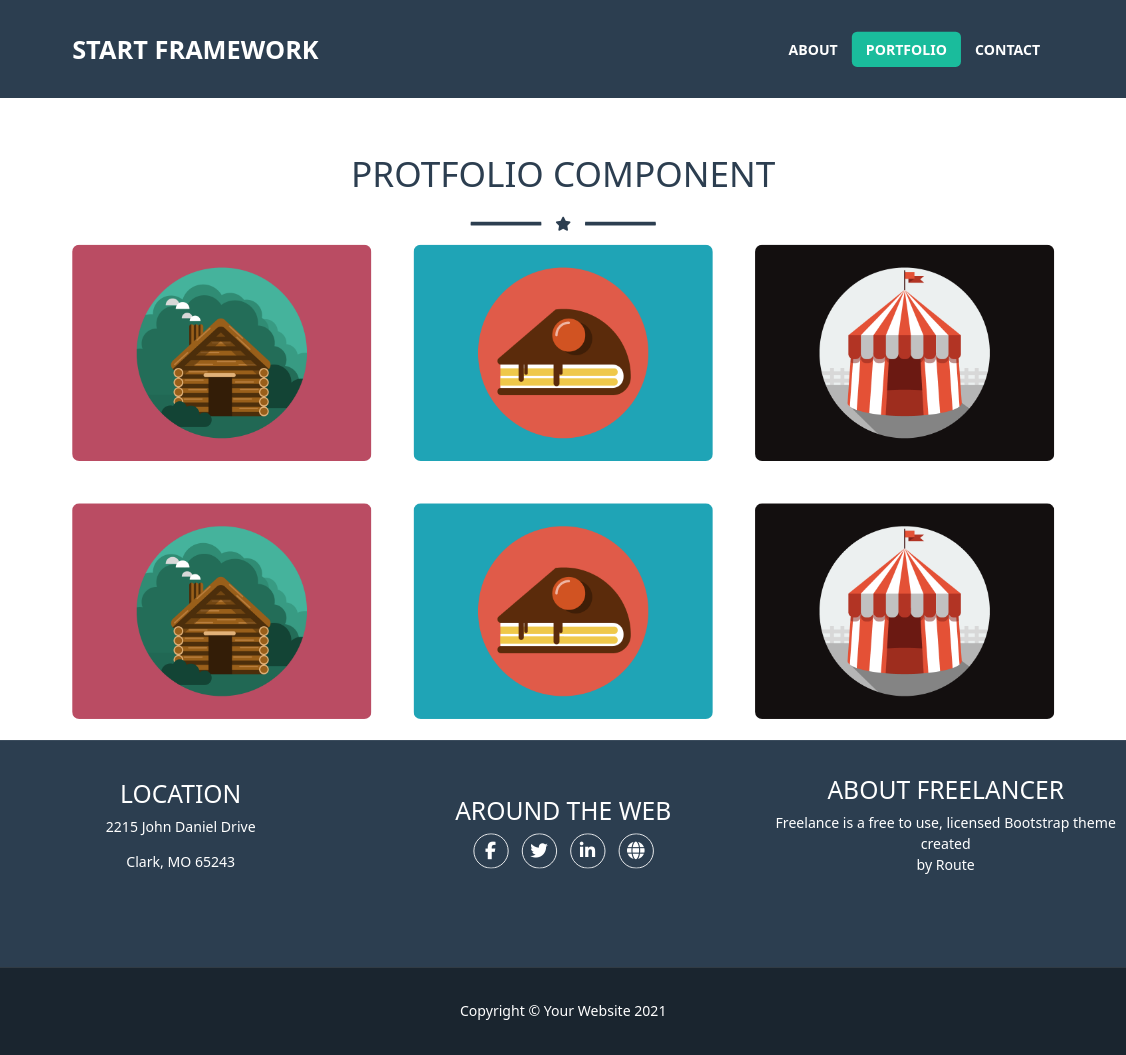
Repository: bodajava/jsx-1
Page: /portfolio
An editor plug-in stored every save of this project. The page is shown before and after the next save, followed by the edit.
The browser window is 1280 px wide. The pictures show the whole page, at 88% of full size.
The project was rebuilt for these pictures with package versions that can differ from the ones it lists, and the page was loaded fresh each time. Also part of the build but not shown: vite.config.js, src/components/About/About.jsx, src/components/contact/Contact.module.css, src/components/contact/Contact.jsx, src/components/Home/Home.jsx.

Above is the page before, as saved 2025-07-23 03:29:18.

After the next save:
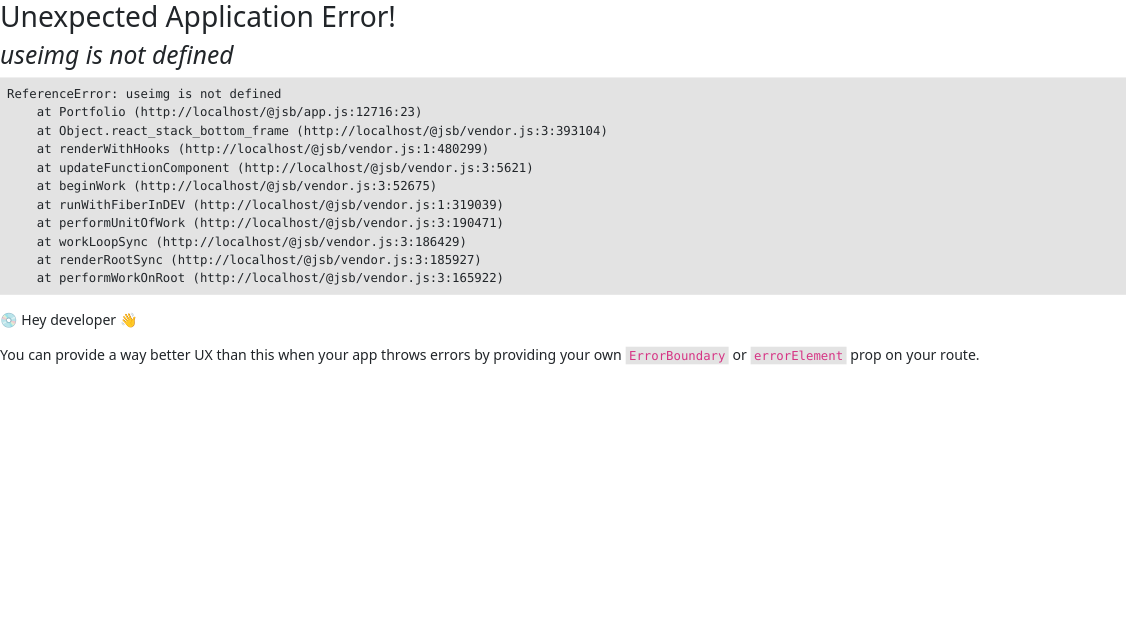
Saved 22 h 25 min later.
--- a/src/components/Portfolio/Portfolio.jsx
+++ b/src/components/Portfolio/Portfolio.jsx
@@ -5,10 +5,10 @@
 import avatar3 from "../../assets/port3.png";
 
 export default function Portfolio() {
-  const [useimg, setuseimg] = useState(null);
+  const [makimg, setmakimg] = useState(null);
 
   function useImgFunction(img) {
-    setuseimg(img);
+    setmakimg(img);
     document
       .querySelector(`.${style.ligthBoxContainer}`)
       .classList.remove("d-none");
@@ -16,7 +16,7 @@
   }
 
   function closeLightBox() {
-    setuseimg(null);
+    setmakimg(null);
     document
       .querySelector(`.${style.ligthBoxContainer}`)
       .classList.add("d-none");

After the save that followed:
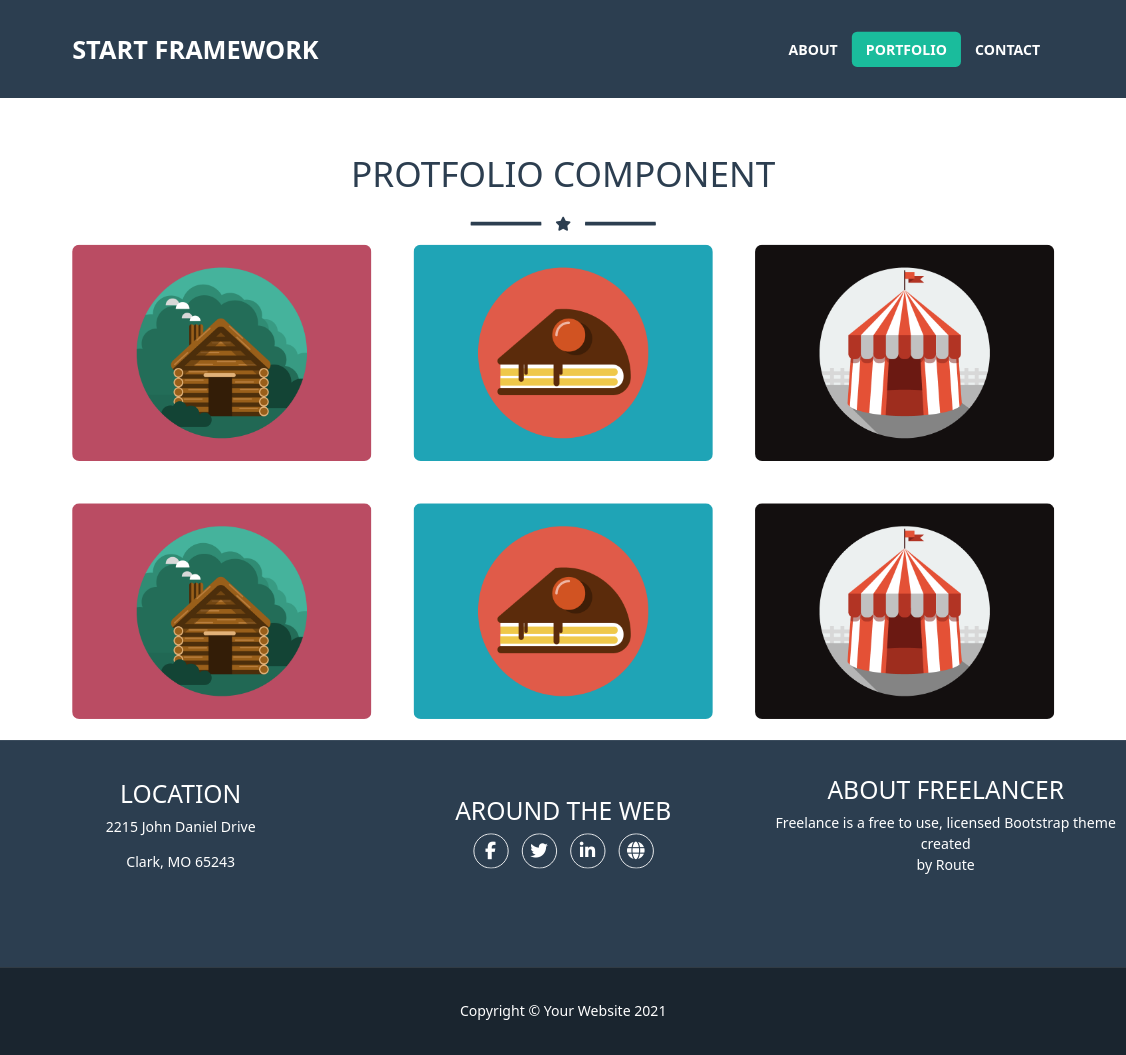
Saved 2 min 31 s later.
--- a/src/components/Portfolio/Portfolio.jsx
+++ b/src/components/Portfolio/Portfolio.jsx
@@ -7,7 +7,7 @@
 export default function Portfolio() {
   const [makimg, setmakimg] = useState(null);
 
-  function useImgFunction(img) {
+  function makimgFunction(img) {
     setmakimg(img);
     document
       .querySelector(`.${style.ligthBoxContainer}`)
@@ -45,7 +45,7 @@
         <div className="row g-5 ">
           <div className="col-md-4 pt-3 ">
             <div
-              onClick={() => useImgFunction(avatar1)}
+              onClick={() => makimgFunction(avatar1)}
               className={`${style.hoverimg}`}
             >
               <img
@@ -58,7 +58,7 @@
           </div>
           <div className="col-md-4 pt-3 ">
             <div
-              onClick={() => useImgFunction(avatar2)}
+              onClick={() => makimgFunction(avatar2)}
               className={`${style.hoverimg}`}
             >
               <img
@@ -71,7 +71,7 @@
           </div>
           <div className="col-md-4 pt-3 ">
             <div
-              onClick={() => useImgFunction(avatar3)}
+              onClick={() => makimgFunction(avatar3)}
               className={`${style.hoverimg}`}
             >
               <img
@@ -84,7 +84,7 @@
           </div>
           <div className="col-md-4">
             <div
-              onClick={() => useImgFunction(avatar1)}
+              onClick={() => makimgFunction(avatar1)}
               className={`${style.hoverimg}`}
             >
               <img
@@ -97,7 +97,7 @@
           </div>
           <div className="col-md-4 ">
             <div
-              onClick={() => useImgFunction(avatar2)}
+              onClick={() => makimgFunction(avatar2)}
               className={`${style.hoverimg}`}
             >
               <img
@@ -110,7 +110,7 @@
           </div>
           <div className="col-md-4  pb-4">
             <div
-              onClick={() => useImgFunction(avatar3)}
+              onClick={() => makimgFunction(avatar3)}
               className={`${style.hoverimg}`}
             >
               <img
@@ -132,9 +132,9 @@
           className={`${style.ligthBox}`}
           onClick={(e) => e.stopPropagation()}
         >
-          {useimg && (
+          {makimg && (
             <img
-              src={useimg}
+              src={makimg}
               alt="Selected Portfolio"
               className="w-100 rounded-3"
             />
